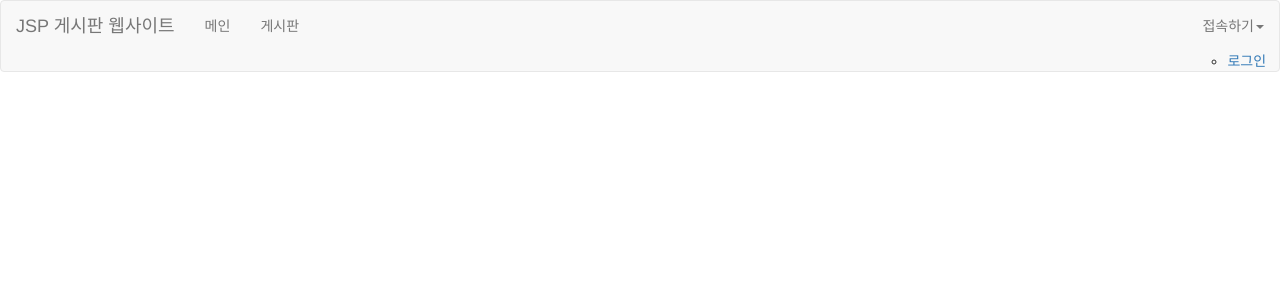
Repository: dofd6220/JSP-
Page: http://localhost/BBS/login.jsp
These files come from the project's save history. The page is drawn as it stood at one moment and after the next save; the edit follows.
The browser window is 1280 px wide. The pictures show the whole page.
Some web libraries are served in a nearby version. The page is served by Tomcat 9. Other server files are loaded and not shown.

Above is the page before, as saved 2023-11-18 11:56:50.

### BBS/src/main/webapp/login.jsp
<%@ page language="java" contentType="text/html; charset=UTF-8"
    pageEncoding="UTF-8"%>
<!DOCTYPE html>
<html>
<head>
<meta charset="UTF-8">
<meta name="viewport" content="width=device-width, tinital-scale=1">
<link rel="stylesheet" href="css/bootstrap.css">
<title>JSP 게시판 웹 사이트</title>
</head>
<body>
	<nav class = "navbar navbar-default">
		<div class="navbar-header">
			<button type="button" class="navbar-toggle collapsed"
				data-toggle="collapse" data-target="#bs-example-navbar-collapse-1"
				aria-expanded="false">
				<span class="icon-bar"></span>
				<span class="icon-bar"></span>
				<span class="icon-bar"></span>
				</button>
				<a class="navbar-brand" href="main.jsp">JSP 게시판 웹사이트</a>
		</div>
		<div class="collapse navbar-collapse" id ="bs-example-navbar-collapse-1">
			<ul class="nav navbar-nav">
				<li><a href="main.jsp">메인</a></li>
				<li><a href="bbs.jsp">게시판</a></li>
			</ul>

			<ul class="nav navbar-nav navbar-right">
				<li class="dropdown">
					<a href="#" class="dropdown-toggle"
						data-toggle="dropdown" role="button aria-haspopup"true"
						aria-expanded="false">접속하기<span class="caret"></span>
					</a>
					<ul class="dripdown-menu">
						<li class="active"><a href="Login.jsp ">로그인</a></li>
					</ul>
				</li>
			</ul>
		</div>
	</nav>
	<script src="https://code.jquery.com/jquery-3.1.1.min.js"></script>
	<script src="js/bootstrap.js"></script>
</body>
</html>

Loaded but not shown: BBS/src/main/webapp/css/bootstrap.css (library); BBS/src/main/webapp/js/bootstrap.js (library)

After the next save:
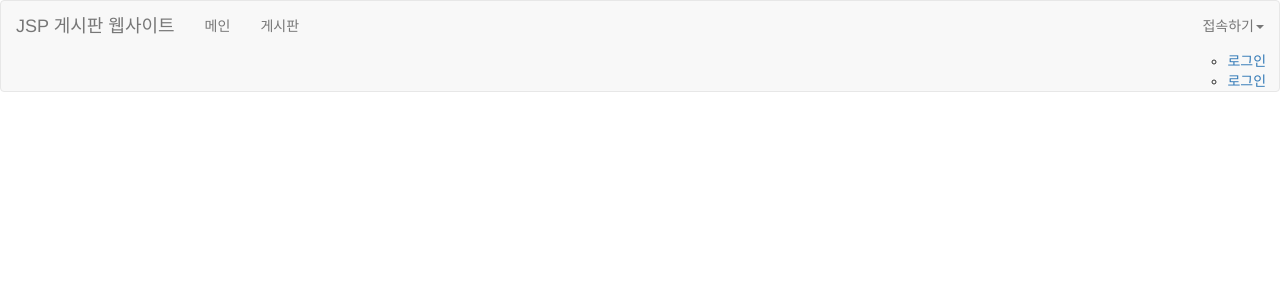
Saved 6 s later.
--- a/BBS/src/main/webapp/login.jsp
+++ b/BBS/src/main/webapp/login.jsp
@@ -34,6 +34,7 @@
 					</a>
 					<ul class="dripdown-menu">
 						<li class="active"><a href="Login.jsp ">로그인</a></li>
+						<li class="active"><a href="Login.jsp ">로그인</a></li>
 					</ul>
 				</li>
 			</ul>
